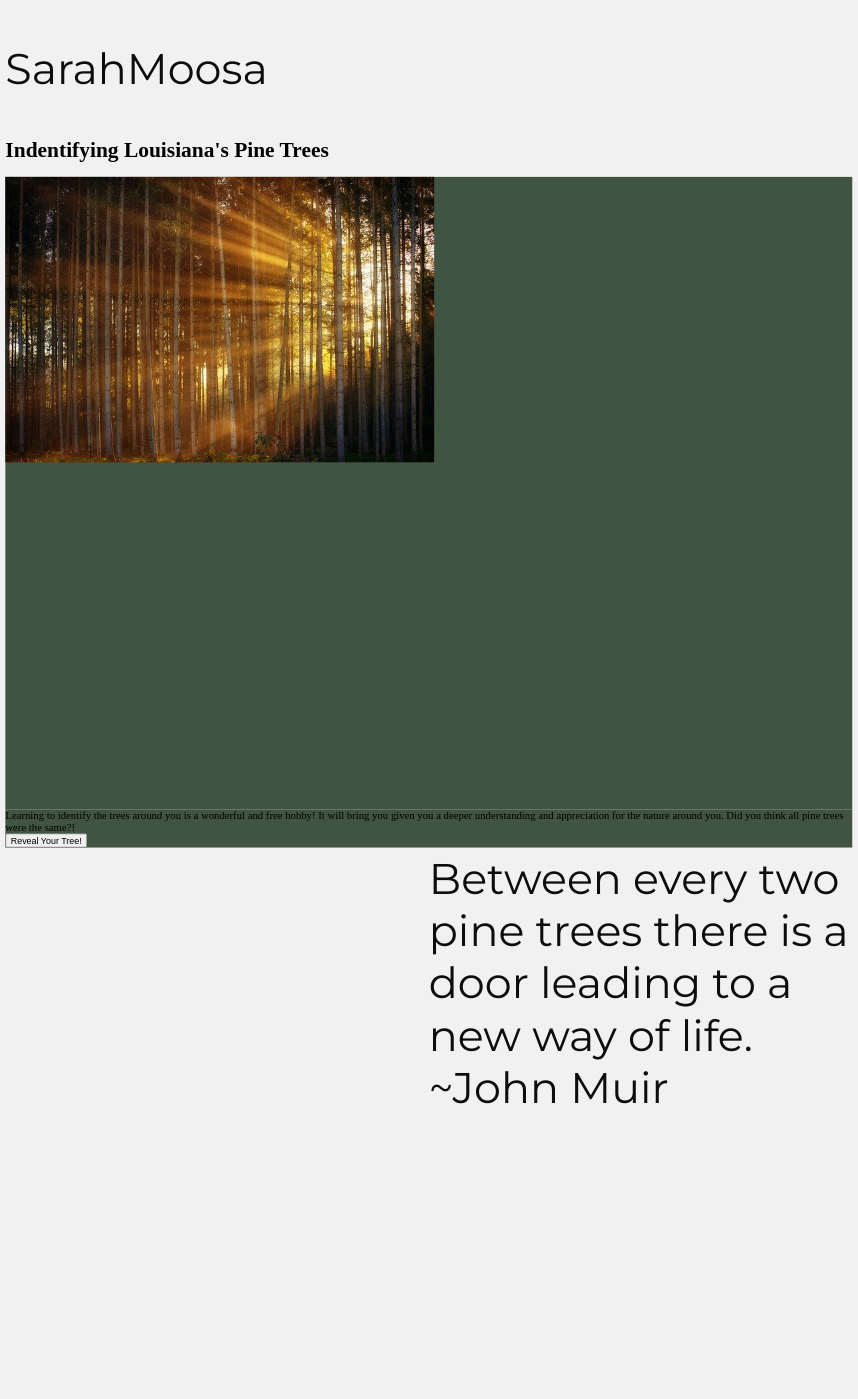
Repository: Sbethm/louisianaPineTrees
Page: pine_main.html
The author's editor kept a copy of each file at every save. The page is drawn from the files as they stood at one save, then again after the next save.
The browser window is 1280 px wide. The pictures show the whole page, at 67% of full size.
The style sheet was rebuilt from its Sass, Less or Tailwind sources for each picture, by a compiler version that may differ from the author's.

Above is the page before, as saved 2021-09-15 16:56:04.

### pine_main.html
<!DOCTYPE html>
<html lang="en">
<head>
    <meta charset="UTF-8">
    <meta http-equiv="X-UA-Compatible" content="IE=edge">
    <meta name="viewport" content="width=device-width, initial-scale=1.0">
    <link rel="preconnect" href="https://fonts.googleapis.com">
    <link rel="preconnect" href="https://fonts.gstatic.com" crossorigin>
    <link href="https://fonts.googleapis.com/css2?family=Architects+Daughter&family=Montserrat:ital,wght@0,400;0,500;0,700;1,400;1,500;1,700&display=swap" rel="stylesheet">
    <!--
        headerFont: 'Architects Daughter', cursive;
        mainFont: 'Montserrat', sans-serif;
    -->
    <link rel="stylesheet" href="./CSS/main.css">
    <title>Louisiana Pine Trees</title>
</head>
<body>
    <header>
        <p>SarahMoosa</p>
    </header>
    <main>
        <h1>Indentifying Louisiana's Pine Trees</h1>
        <div class="intro-container container">
            <img src="./img/forest-pine.jpg" alt="">
            <p class="float-right quote">Between every two pine trees there is a door leading to a new way of life. ~John Muir</p>
        </div>
        <div class="questions-container container">
            <div class="bg-image call-to-action">Learning to identify the trees around you is a wonderful and free hobby! It will bring you given you a deeper understanding and appreciation for the nature around you. Did you think all pine trees were the same?!</div>
            <section class="question-block">
                <div class="question"></div>
            </section>
            <section class="question-block">
                <div class="question"></div>
            </section>
            <section class="question-block">
                <div class="question"></div>
            </section>
            <section class="question-block">
                <div class="question"></div>
            </section>
            <section class="question-block">
                <div class="question"></div>
            </section>
            <div class="results-btn btn">
                <button>Reveal Your Tree!</button>
            </div>
            <div class="results"></div>
        </div>
    </main>
</body>

### src/scss/main.scss
@import "./variables";


//GLOBAL STYLES
body {
    background-color: #f1f1f1;
}


h1
h2 {
    font-family: $headerFont;

}

p {
    font-family: $mainFont;
    font-size: clamp(1rem, 5vw, 4rem);
    color: $acColorDr;
}

.container {
    background-color: $mainColor;
}

.intro-container {
    display: grid;
    grid-template-columns: 50% 50%;
    grid-auto-rows: 100%;

    & img {
        grid-column: 1/3;
        grid-row: 1;
        display: inline;
        max-width: 100%;
        z-index: 1;
    }

    & .quote {
        grid-column: 2/3;
        z-index: 9;
    }
}

### src/scss/_variables.scss
//COLORS
$mainColor: hsl(120, 12%, 29%);
$acColorLi: hsl(0, 0%, 29%);
$acColorDr: hsl(0, 0%, 5%);

//FONTS
$headerFont: 'Architects Daughter', cursive;
$mainFont: 'Montserrat', sans-serif;

After the next save:
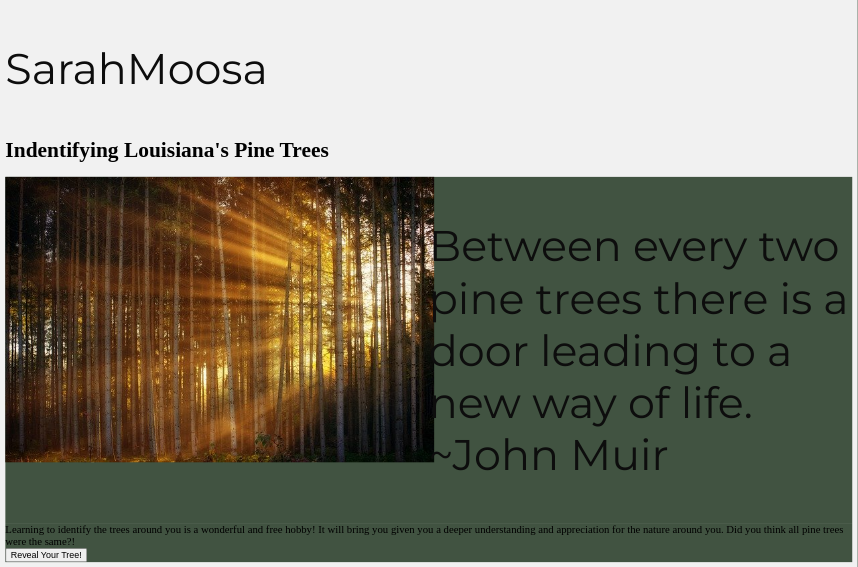
Saved 5 s later.
--- a/src/scss/main.scss
+++ b/src/scss/main.scss
@@ -38,6 +38,7 @@ p {
 
     & .quote {
         grid-column: 2/3;
+        grid-row: 1;
         z-index: 9;
     }
 }
